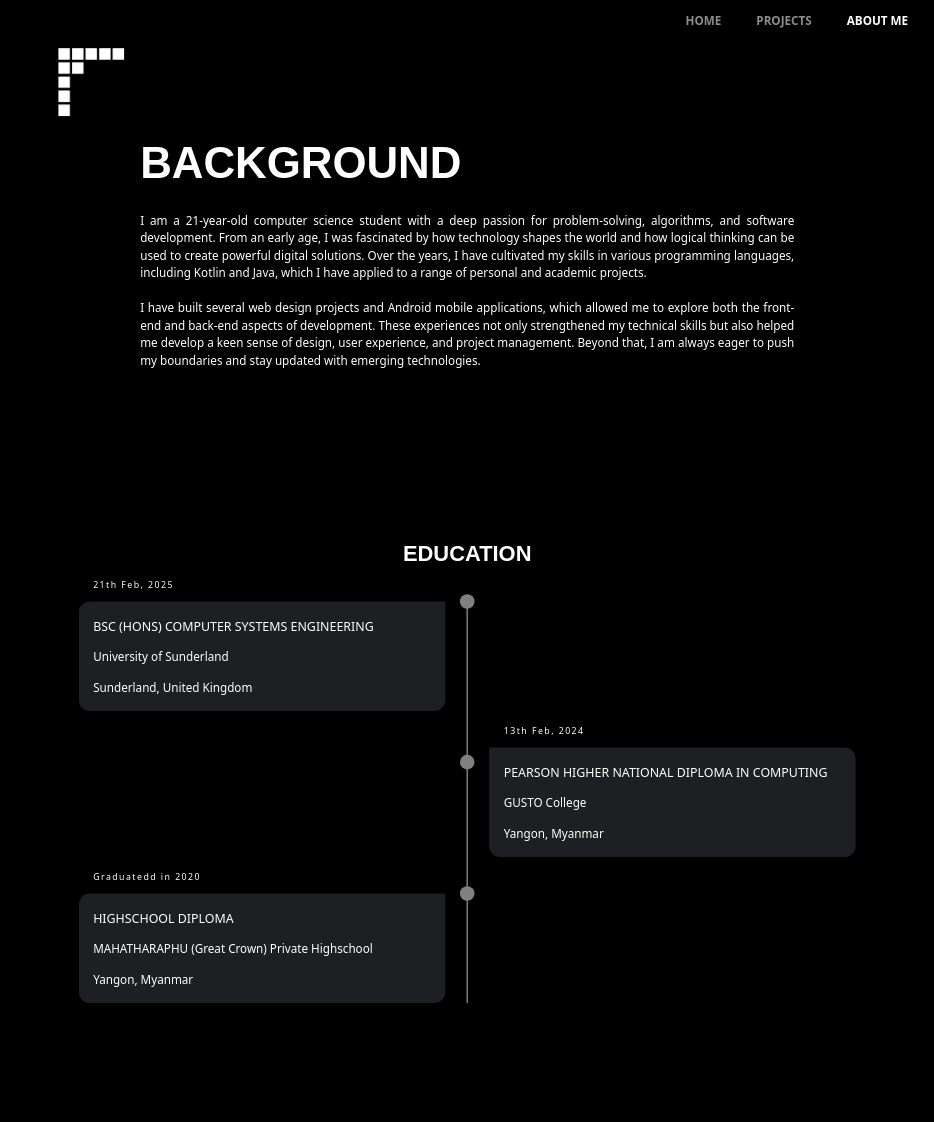
Repository: pyaestk/Portfolio-template
Page: aboutme.html
The author's editor kept a copy of each file at every save. The page is drawn from the files as they stood at one save, then again after the next save.
The browser window is 1280 px wide. The pictures show the whole page, at 73% of full size.
Some web fonts or font styles are not loaded; a fallback is used. Some web libraries are served in a nearby version.

Above is the page before, as saved 2025-05-24 20:12:36.
Console error: TypeError: Cannot read properties of null (reading 'addEventListener')

### aboutme.html
<!DOCTYPE html>

<html lang="en">

<head>
  <link href="https://cdn.jsdelivr.net/npm/bootstrap@5.3.5/dist/css/bootstrap.min.css" rel="stylesheet"
    integrity="sha384-SgOJa3DmI69IUzQ2PVdRZhwQ+dy64/BUtbMJw1MZ8t5HZApcHrRKUc4W0kG879m7" crossorigin="anonymous">
  <script src="https://cdn.jsdelivr.net/npm/bootstrap@5.3.5/dist/js/bootstrap.bundle.min.js"
    integrity="sha384-k6d4wzSIapyDyv1kpU366/PK5hCdSbCRGRCMv+eplOQJWyd1fbcAu9OCUj5zNLiq"
    crossorigin="anonymous"></script>
  <link rel="stylesheet" href="https://cdnjs.cloudflare.com/ajax/libs/font-awesome/6.1.2/css/all.min.css">
  <link href="styles.css" rel="stylesheet">

  <!-- google fonts -->
  <link rel="preconnect" href="https://fonts.googleapis.com">
  <link rel="preconnect" href="https://fonts.gstatic.com" crossorigin>
  <link href="https://fonts.googleapis.com/css2?family=Doto:wght@100..900&display=swap" rel="stylesheet">
  <link href="https://fonts.googleapis.com/css2?family=Roboto:ital,wght@0,100..900;1,100..900&display=swap"
    rel="stylesheet">

  <meta charset="utf-8">
  <meta name="viewport" content="width=device-width, initial-scale=1, minimum-scale=1, maximum-scale=1 ">

  <title>My Webpage</title>
</head>

<body class="bg-black">

  <nav class="navbar navbar-expand-lg bg-black navbar-dark sticky-top">
    <div class="container-fluid">
      <a class="navbar-brand" href="#"></a>
      <button class="navbar-toggler" type="button" data-bs-toggle="collapse" data-bs-target="#navbarNav"
        aria-controls="navbarNav" aria-expanded="false" aria-label="Toggle navigation">
        <span class="navbar-toggler-icon"></span>
      </button>
      <div class="collapse navbar-collapse justify-content-end" id="navbarNav">
        <ul class="navbar-nav text-center">
          <li class="nav-item px-3">
            <a class="nav-link" aria-current="page" href="index.html">HOME</a>
          </li>
          <li class="nav-item px-3">
            <a class="nav-link" href="projects.html">PROJECTS</a>
          </li>
          <li class="nav-item px-3">
            <a class="nav-link active" href="aboutme.html">ABOUT ME</a>
          </li>
        </ul>
      </div>
    </div>
  </nav>

  <div class="background-container text-white">
    <img src="img/decoration-block2.png" class="decoration-image-1" style="--delay: .2s;">

    <h4 class="title text-center" style="--delay: .3s;">BACKGROUND</h4>
    <p style="--delay: .4s;">I am a 21-year-old computer science student with a deep passion for problem-solving,
      algorithms, and software development. From an early age, I was fascinated by how technology shapes the world and
      how logical thinking can be used to create powerful digital solutions. Over the years, I have cultivated my skills
      in various programming languages, including Kotlin and Java, which I have applied to a range of personal and
      academic projects.
      <br><br>
      I have built several web design projects and Android mobile applications, which allowed me to explore both the
      front-end and back-end aspects of development. These experiences not only strengthened my technical skills but
      also helped me develop a keen sense of design, user experience, and project management. Beyond that, I am always
      eager to push my boundaries and stay updated with emerging technologies.
    </p>
  </div>

  <div class="container-fluid py-5 bg-black">
    <div class="education-container">
      <h2 class="my-5">EDUCATION</h2>
      <div class="timeline">
        <ul class="ps-0">
          <li class="reveal3">
            <div class="timeline-content">
              <h3 class="date">21th Feb, 2025</h3>
              <h5>BSC (HONS) COMPUTER SYSTEMS ENGINEERING</h5>
              <p>University of Sunderland</p>
              <span>Sunderland, United Kingdom</span>
            </div>
          </li>
          <li class="reveal3">
            <div class="timeline-content">
              <h3 class="date">13th Feb, 2024</h3>
              <h5>PEARSON HIGHER NATIONAL DIPLOMA IN COMPUTING</h5>
              <p>GUSTO College</p>
              <span>Yangon, Myanmar</span>
            </div>
          </li>
          <li class="reveal3">
            <div class="timeline-content">
              <h3 class="date">Graduatedd in 2020</h3>
              <h5>HIGHSCHOOL DIPLOMA</h5>
              <p>MAHATHARAPHU (Great Crown) Private Highschool</p>
              <span>Yangon, Myanmar</span>
            </div>
          </li>
        </ul>
      </div>
    </div>
  </div>

  <div class="container-fluid text-white py-5 bg-black">
    <div class="row">

    </div>
  </div>

  <script src="script.js"></script>
</body>

</html>

### styles.css
* {
  margin: 0;
  padding: 0;
  box-sizing: border-box;
}
html {
  scroll-behavior: smooth;
}


/* index.html */

video {
  object-fit: cover;
  width: 100vw;
  height: 100vh;
  position: fixed;
  top: 0;
  left: 0;
  z-index: -1;
  filter: brightness(50%) grayscale(100%);
  transform: scaleX(-1);
  mask-image: linear-gradient(to right, black 0%, transparent 90%);
}
.navbar-nav a {
  font-weight: bolder;
}

.intro-container {
  display: flex;
  justify-content: center;
  align-items: start;
  flex-direction: column;
  flex-wrap: wrap;
  min-height: 90vh;
  padding: 50px 0;
}
.intro-text p {
  font-size: 20px;
  text-align: start;
  padding-right: 30%;
}

.my-name {
  font-family: "Doto", sans-serif;
  font-size: 60px;
  font-weight: bolder;
  max-lines: 3;
}

.social-links {
  display: flex;
  align-items: center;
  flex-direction: row;
  justify-content: start; /* or center if you want them centered */
  margin-top: 50px;
}
.social-links a {
  display: inline-flex; /* So the <a> fits nicely around icon */
  align-items: center;
  justify-content: center;
}
.social-links svg {
  width: 30px;
  height: 30px;

}
.social-links .linkedin {
  padding: 0 50px;
}
.intro-btns button{
  margin-top: 20px;
  width: 200px;
  height: 50px;
  margin-right: 20px;
  font-weight: bolder;
}






/* projects.html */

.projects-container {
  width: 100%;
  height: auto;
  display: flex;
  justify-content: space-evenly;
  align-items: center;
  flex-direction: row;
  flex-wrap: wrap;
  padding: 5% 5%;
}
.project-intro{
  width: 30%;
  height: auto;
  position: sticky;
  top: 150px; /* Adjust this value as needed */
  align-self: flex-start;
}
.projects-list-container {
  width: 70%;
  display: flex;
  justify-content: center;
  align-items: center;
  flex-direction: column;
}

.projects-list{
  display: grid;
  grid-template-columns: repeat(auto-fit, minmax(350px, 1fr));
  gap: 40px;
}
.project-intro h1 {
  font-size: 60px;
  color: white;
  font-family: "Doto", sans-serif;
  font-weight: bolder;
}

.projects-container .card {

  height: auto;
  background-color: rgba(29, 29, 29, 0.671);
  display: flex;
  justify-content: center;
  align-items: center;
  flex-direction: column;
  padding: 15px;
  color: white;
}
.projects-container .card-body{
  padding: 20px 10px 10px 10px;
}
.projects-container .card:hover {
  box-shadow: 0 0 15px rgb(255, 255, 255);
  transition: all 0.3s ease-in-out;
}




/* education.html */
/* .education-container {
  width: 100%;
  height: auto;
  display: flex;
  justify-content: space-evenly;
  align-items: center;
  flex-direction: column;
  flex-wrap: wrap;
  padding: 5% 5%;
  gap: 40px;
}

.education-container .card {
  width: 70%;
  height: auto;
  background-color: rgba(29, 29, 29, 0.671);
  padding: 20px 50px;
  color: white;
  box-shadow: 0 0 5px rgb(255, 255, 255);
}


.education-container .card:hover {
  box-shadow: 0 0 15px rgb(255, 255, 255);
  transition: all 0.3s ease-in-out;
}

.education-container .card h4 {
  font-size: 25px;
  color: white;
  font-family: "Doto", sans-serif;
  font-weight: bolder;
  margin-bottom: 20px;
} */



/* about me.html */
.background-container {
  position: relative; /* Needed for absolute child positioning */
  width: 100%;
  display: flex;
  justify-content: center;
  align-items: start;
  flex-direction: column;
  padding: 8% 15%;
}

.background-container .title {
  font-size: 60px;
  font-weight: bolder;
  font-family: "Doto", sans-serif;
  margin-top: 30px;
  margin-bottom: 30px;
}
.background-container p {
  text-align: justify;
}

.decoration-image-1 {
  position: absolute; /* Take it out of flow */
  top: 10px;
  left: 80px;
  width: 90px;
  height: auto;
  pointer-events: none; /* Prevents accidental clicks */
  user-select: none;
}








.education-container {
  min-height: 100vh;
  width: 100%;
  display: flex;
  flex-direction: column;
  justify-content: center;
  align-items: center;
  justify-content: center;
  box-sizing: border-box;
}
.education-container h2 {
  font-weight: bolder;
  font-family: "Doto", sans-serif;
  color: white;
  font-size: 30px;
}
.timeline {
  width: 80%;
  height: auto;
  margin: 0 auto;
  position: relative;
}
.timeline h5{
  font-size: 17px;
  margin-bottom: 10px;
  line-height: 30px;
}

.timeline ul {
  list-style: none;
}
.timeline ul li {
  padding: 20px;
  background-color: #1e1f22;
  color: white;
  border-radius: 10px;

  margin-bottom: 20px;
}
.timeline ul li:last-child {
  margin-bottom: 0;
}
.timeline-content h1 {
  font-weight: 500;
  font-size: 25px;
  line-height: 30px;
  margin-bottom: 10px;
}
.timeline-content p {
  font-size: 16px;
  line-height: 30px;
  font-weight: 300;
}
.timeline-content .date {
  font-size: 12px;
  font-weight: 300;
  margin-bottom: 10px;
  letter-spacing: 2px;
}
@media only screen and (min-width: 768px) {
  .timeline:before {
    content: "";
    position: absolute;
    top: 0;
    left: 50%;
    transform: translateX(-50%);
    width: 2px;
    height: 100%;
    background-color: gray;
  }
  .timeline ul li {
    width: 50%;
    position: relative;
    margin-bottom: 50px;
  }
  .timeline ul li:nth-child(odd) {
    float: left;
    clear: right;
    transform: translateX(-30px);
    border-radius: 15px 0px 15px 15px;
  }
  .timeline ul li:nth-child(even) {
    float: right;
    clear: left;
    transform: translateX(30px);
    border-radius: 0px 15px 15px 15px;
  }
  .timeline ul li::before {
    content: "";
    position: absolute;
    height: 20px;
    width: 20px;
    border-radius: 50%;
    background-color: gray;
    top: 0px;
  }
  .timeline ul li:nth-child(odd)::before {
    transform: translate(50%, -50%);
    right: -30px;
  }
  .timeline ul li:nth-child(even)::before {
    transform: translate(-50%, 50%);
    left: -30px;
  }
  .timeline-content .date {
    position: absolute;
    top: -30px;
  }
  .timeline ul li:hover::before {
    background-color: rgb(255, 255, 255);
  }
}








/* on load animation */
.intro-body h1,
.intro-body p,
.intro-body .intro-btns,
.projects-container .card,
.project-intro h1, .project-intro p,
.background-container .title,
.background-container p,
.background-container image{
  display: block;
  opacity: 0;
  animation: reveal 0.5s forwards var(--delay);
}
@keyframes reveal {
  /* from { translate: - 20px; }
  to { translate: none; opacity: 1;} */
  from {
    transform: translateY(10px);
  }
  to {
    transform: translateY(0);
    opacity: 1;
  }
}

/* on scroll animation */

.reveal1 {
  position: relative;
  transform: translateX(70px);
  opacity: 0;
  transition: 1.1s all ease;
}
.reveal1.active {
  transform: translateX(0);
  opacity: 1;
}

.reveal2 {
  position: relative;
  transform: translateX(-70px);
  opacity: 0;
  transition: 1.1s all ease;
}
.reveal2.active2 {
  transform: translateX(0);
  opacity: 1;
}

.reveal3 {
  position: relative;
  transform: translateY(50px);
  opacity: 0;
  transition: 1.1s all ease;
}
.reveal3.active3 {
  transform: translateX(0);
  opacity: 1;
}




/* for small screen size */

@media (max-width: 1170px) {

  /* index.html */
  .intro-body {
    margin-top: 50px;
    margin-bottom: 50px;
    text-align: center;
  }
  .my-name {
    font-size: 35px;
  }
  .intro-text p {
    text-align: center;
    font-size: 13px;
    padding-right: 0;
  }

  /* projects.html */
  .projects-container {
    width: 100%;
    height: auto;
    display: flex;
    justify-content: space-evenly;
    align-items: center;
    flex-direction: row;
    flex-wrap: wrap;
    padding: 0px;
    gap: 40px;
  }
  .project-intro{
    width: auto;
    position: static;
    margin-top: 30px;
  }
  .projects-list{
    display: grid;
    grid-template-columns: repeat(auto-fit, minmax(280px, 1fr));
    gap: 30px;
  }
  .project-intro h1 {
    font-size: 35px;
    margin-top: 30px;
  }
  .project-intro p {
    font-size: 13px;
  }
  .intro-btns button{
    margin-left: 20px;
  }

  .projects-list-container {
    width: 80%;
  }
  .projects-list-container .card{
    margin-bottom: 20px;
  }
  .projects-list-container .card-text{
    font-size: 13px;
  }


  /* about me.html */
  .background-container {
    align-items: center;
  }
  .background-container .title {
    font-size: 40px;
    margin-top: 55px;
  }
  .background-container p {
    font-size: 15px;
    padding-right: 0;
    text-align: justify;
  }
  .decoration-image-1 {
    position: absolute; /* Take it out of flow */
    top: 20px;
    left: 40px;
    width: 50px;
  }

  .skills-container {
    padding: 15px 15px;
  }
  .skills-container h5 {
    font-size: 23px;
  }
  .skills-container h6 {
    font-size: 18px;
  }
  .skills-container p {
    font-size: 13px;
  }

}

### script.js
/* on scroll animation */
function reveal() {
  var reveals3 = document.querySelectorAll(".reveal3");
  for (var i = 0; i < reveals3.length; i++) {
    var windowHeight = window.innerHeight;
    var elementTop = reveals3[i].getBoundingClientRect().top;
    var elementVisible = 50;
    if (elementTop < windowHeight - elementVisible) {
      reveals3[i].classList.add("active3");
    } else {
      reveals3[i].classList.remove("active3");
    }
  }
}
// Also run reveal() on scroll
window.addEventListener("scroll", reveal);

//download CV
document.getElementById("downloadBtn").addEventListener("click", function () {
  const fileUrl = "my cv.pdf"; // PDF file in the same folder

  const a = document.createElement("a");
  a.href = fileUrl;
  a.download = "CV.pdf"; // The filename when downloaded

  document.body.appendChild(a);
  a.click();
  document.body.removeChild(a);
});


var lang = {
  "html": "100%",
  "css": "90%",
  "javascript": "70%",
  "php": "55%",
  "angular": "65%"
};

var multiply = 4;

$.each( lang, function( language, pourcent) {

  var delay = 700;

  setTimeout(function() {
    $('#'+language+'-pourcent').html(pourcent);
  },delay*multiply);

  multiply++;

});

After the next save:
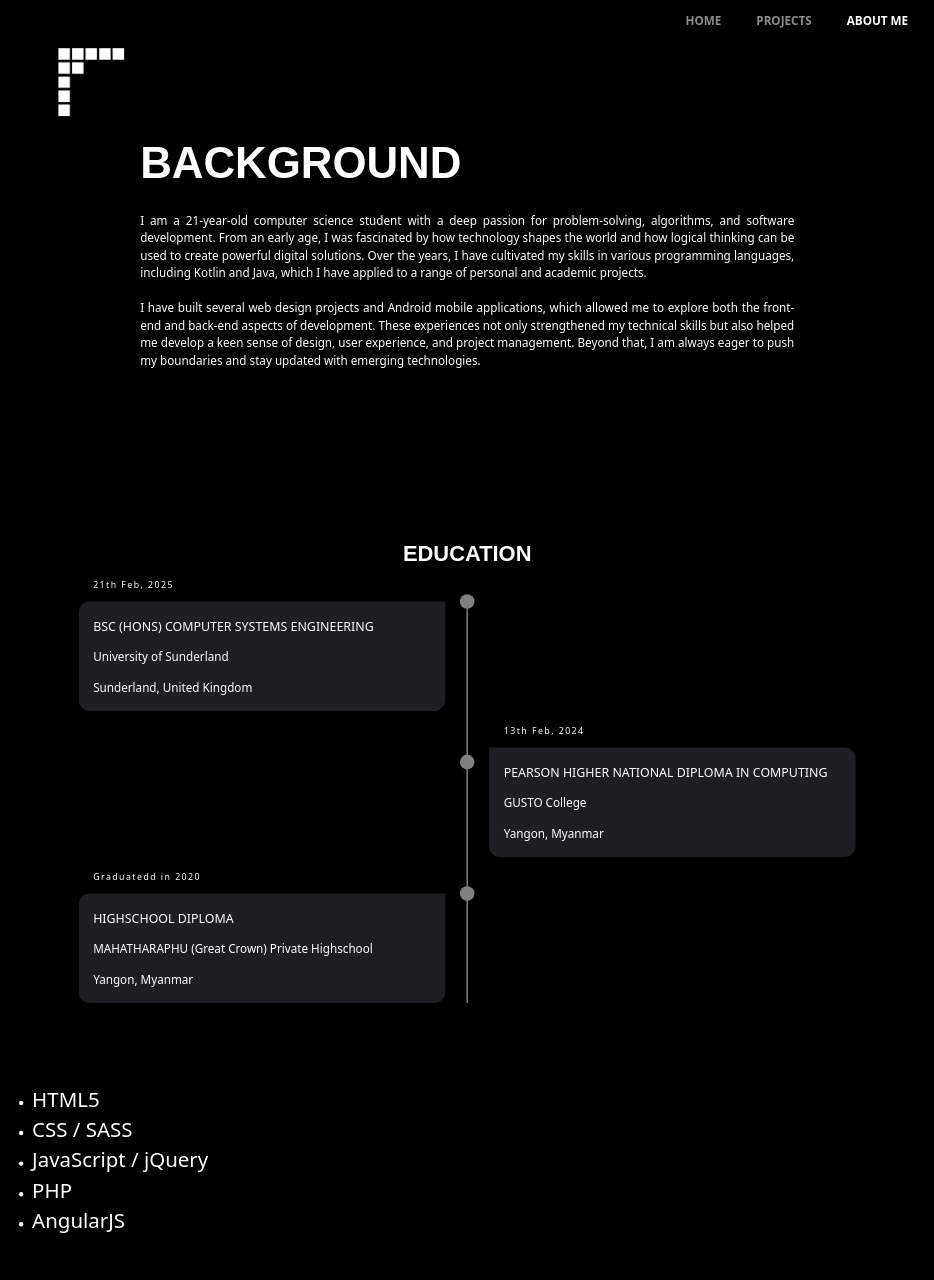
Saved 33 s later.
--- a/aboutme.html
+++ b/aboutme.html
@@ -102,7 +102,60 @@
 
   <div class="container-fluid text-white py-5 bg-black">
     <div class="row">
+      <div class="col-md-10">
+        <ul class="skills-bar-container">
 
+  <li>
+    <div class="progressbar-title">
+      <h3>HTML5</h3>
+      <span class="percent" id="html-pourcent"></span>
+    </div>
+    <div class="bar-container">
+      <span class="progressbar progressred" id="progress-html"></span>
+    </div>
+  </li>
+  <li>
+    <div class="progressbar-title">
+      <h3>CSS / SASS</h3>
+      <span class="percent" id="css-pourcent"></span>
+    </div>
+    <div class="bar-container">
+      <span class="progressbar progressblue" id="progress-css"></span>
+    </div>
+  </li>
+
+  <li>
+    <div class="progressbar-title">
+      <h3>JavaScript / jQuery</h3>
+      <span class="percent" id="javascript-pourcent"></span>
+    </div>
+    <div class="bar-container">
+      <span class="progressbar progresspurple" id="progress-javascript"></span>
+    </div>
+  </li>
+
+  <li>
+    <div class="progressbar-title">
+      <h3>PHP</h3>
+      <span class="percent" id="php-pourcent"></span>
+    </div>
+    <div class="bar-container">
+      <span class="progressbar progressorange" id="progress-php"></span>
+    </div>
+  </li>
+
+  <li>
+    <div class="progressbar-title">
+      <h3>AngularJS</h3>
+      <span class="percent" id="angular-pourcent"></span>
+    </div>
+    <div class="bar-container">
+      <span class="progressbar progressgreen" id="progress-angular"></span>
+    </div>
+  </li>
+
+</ul>
+      </div>
     </div>
   </div>
 
